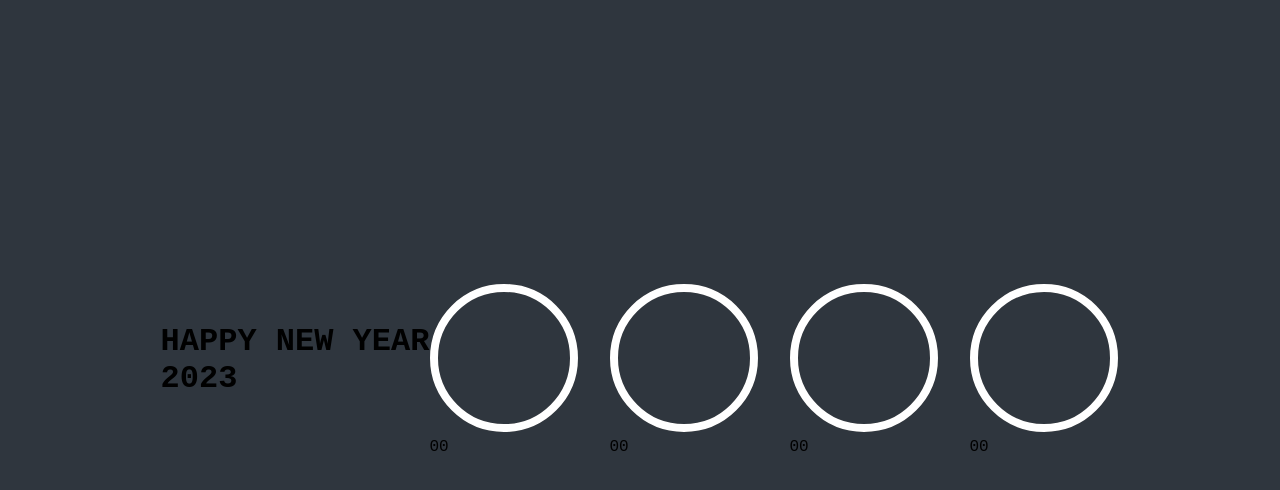
Repository: northpx/happyNY
Page: index.html
The author's editor kept a copy of each file at every save. The page is drawn from the files as they stood at one save, then again after the next save.
The browser window is 1280 px wide. The pictures show the whole page.

Above is the page before, as saved 2022-12-31 10:48:05.

After the next save:
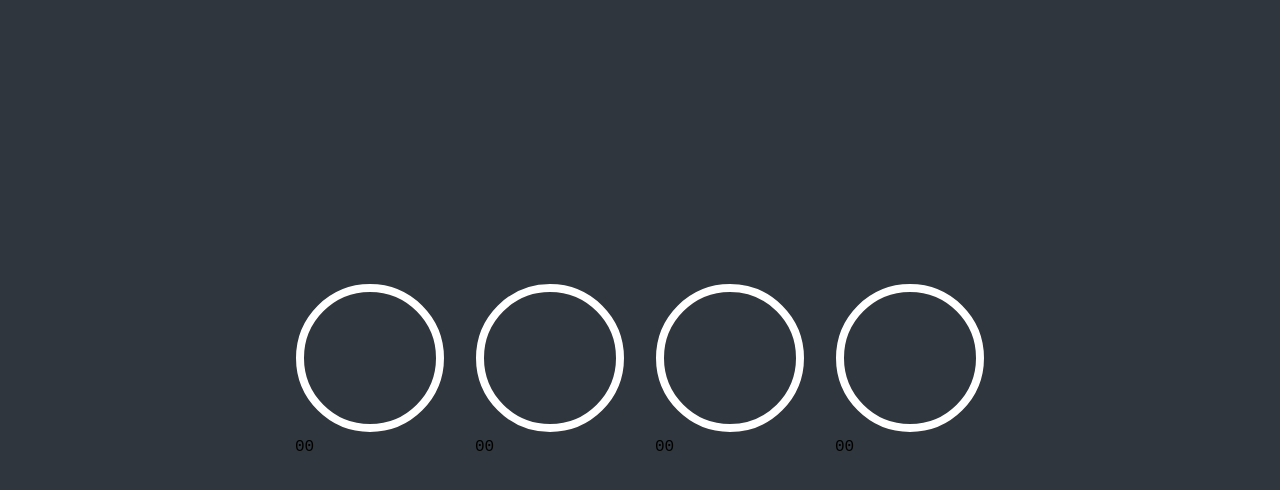
Saved 16 s later.
--- a/style.css
+++ b/style.css
@@ -11,7 +11,7 @@ body{
     min-height: 100vh;
      background: #2f363e;
 }
-h2{
+h1{
     display: none;
 }
 .time{
